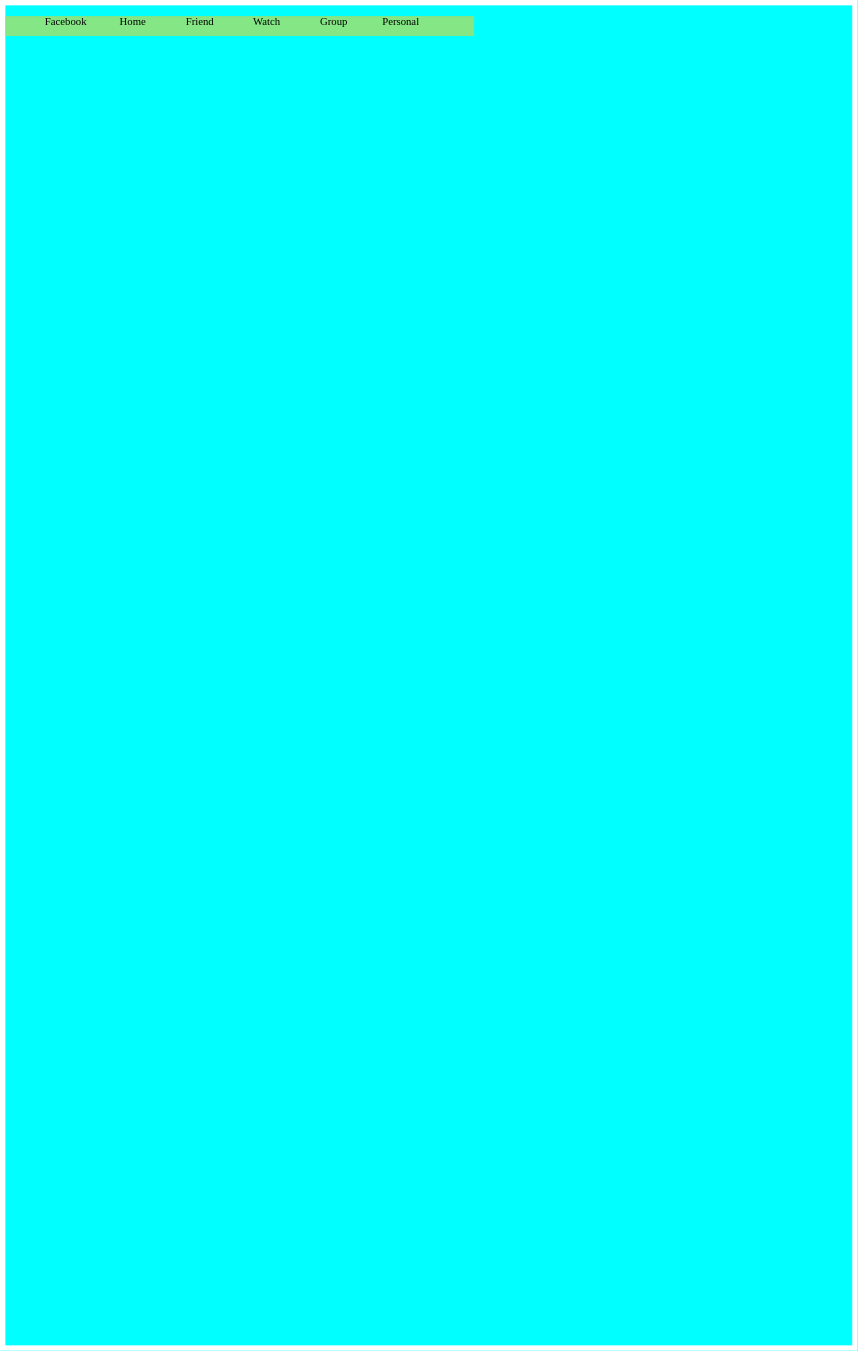
Repository: nguyenhung50497/MD2_cssLayout
Page: BT_taoFbDonGian/index.html
These files come from the project's save history. The page is drawn as it stood at one moment and after the next save; the edit follows.
The browser window is 1280 px wide. The pictures show the whole page, at 67% of full size.

Above is the page before, as saved 2022-11-29 14:43:56.

After the next save:
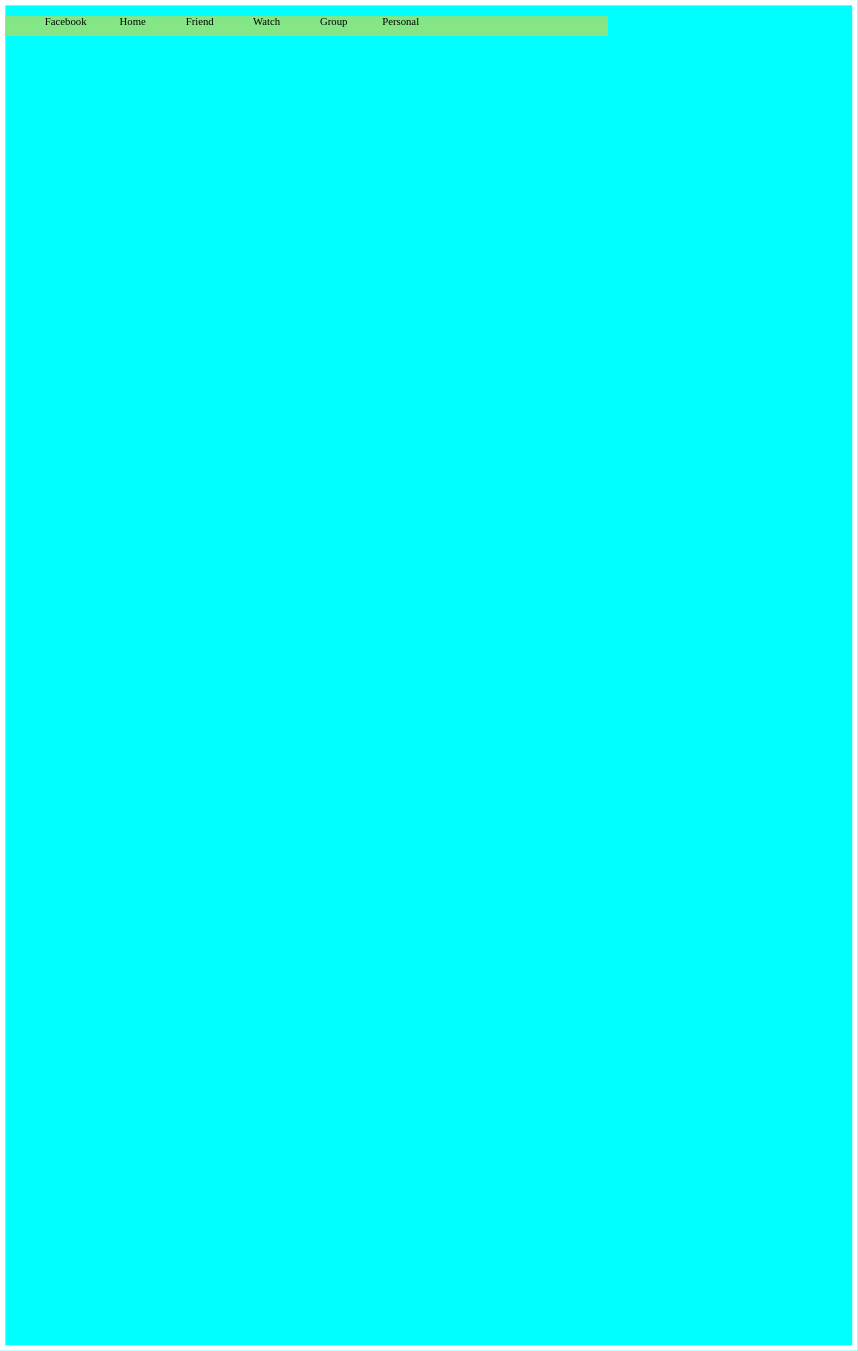
Saved 18 s later.
--- a/BT_taoFbDonGian/styles.css
+++ b/BT_taoFbDonGian/styles.css
@@ -1,6 +1,6 @@
 header {
     position: fixed;
-    width: 700px;
+    width: 900px;
 }
 
 nav {
